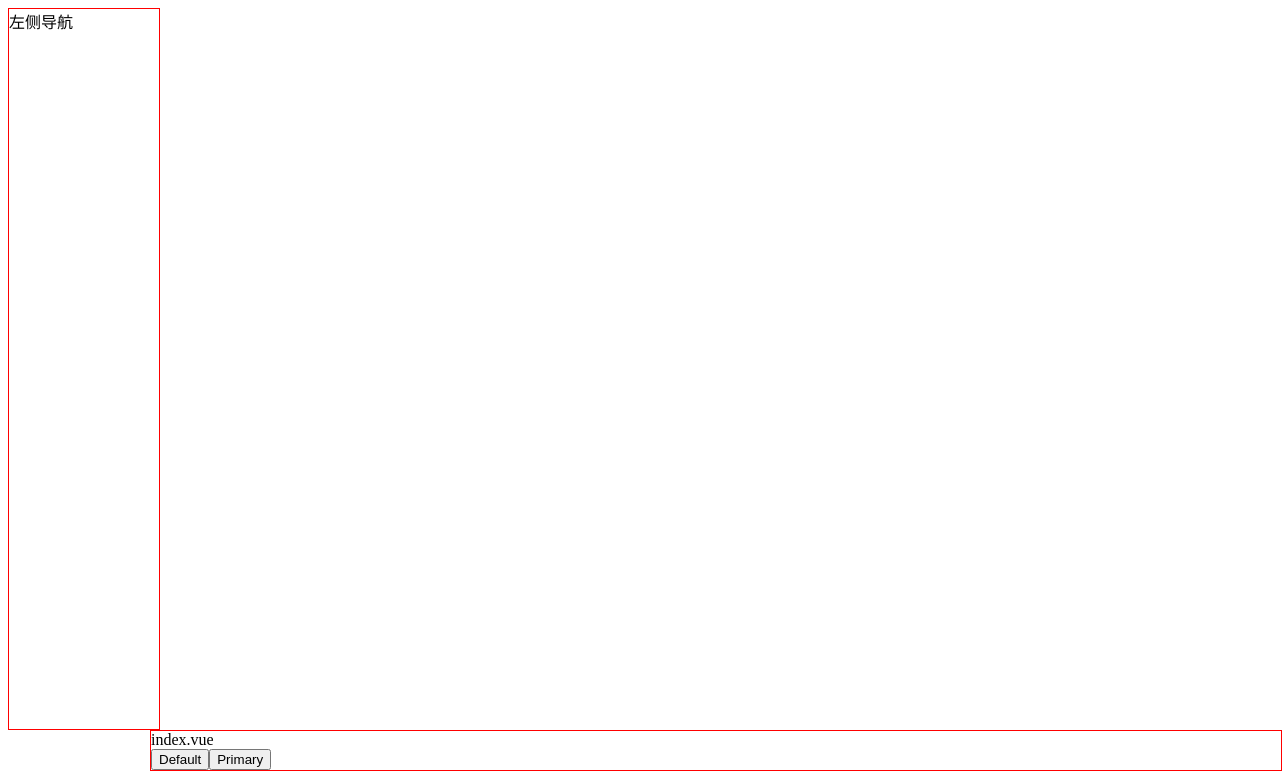
Repository: hanjinning/basicVueProject
Page: /
The author's editor kept a copy of each file at every save. The page is drawn from the files as they stood at one save, then again after the next save.
The browser window is 1280 px wide. The page is 1282 px wide, then 1280 px, so the pictures cover 1282 px, including what lies to the right of the window. The pictures show the whole page.
The page's requests for data from a server got no answer. The project was rebuilt for these pictures with package versions that can differ from the ones it lists, and the page was loaded fresh each time. No one was signed in, and anything a server would have sent is missing. Also part of the build but not shown: vue.config.js, src/components/HelloWorld.vue, src/views/Home.vue.

Above is the page before, as saved 2021-03-18 10:53:03.

After the next save:
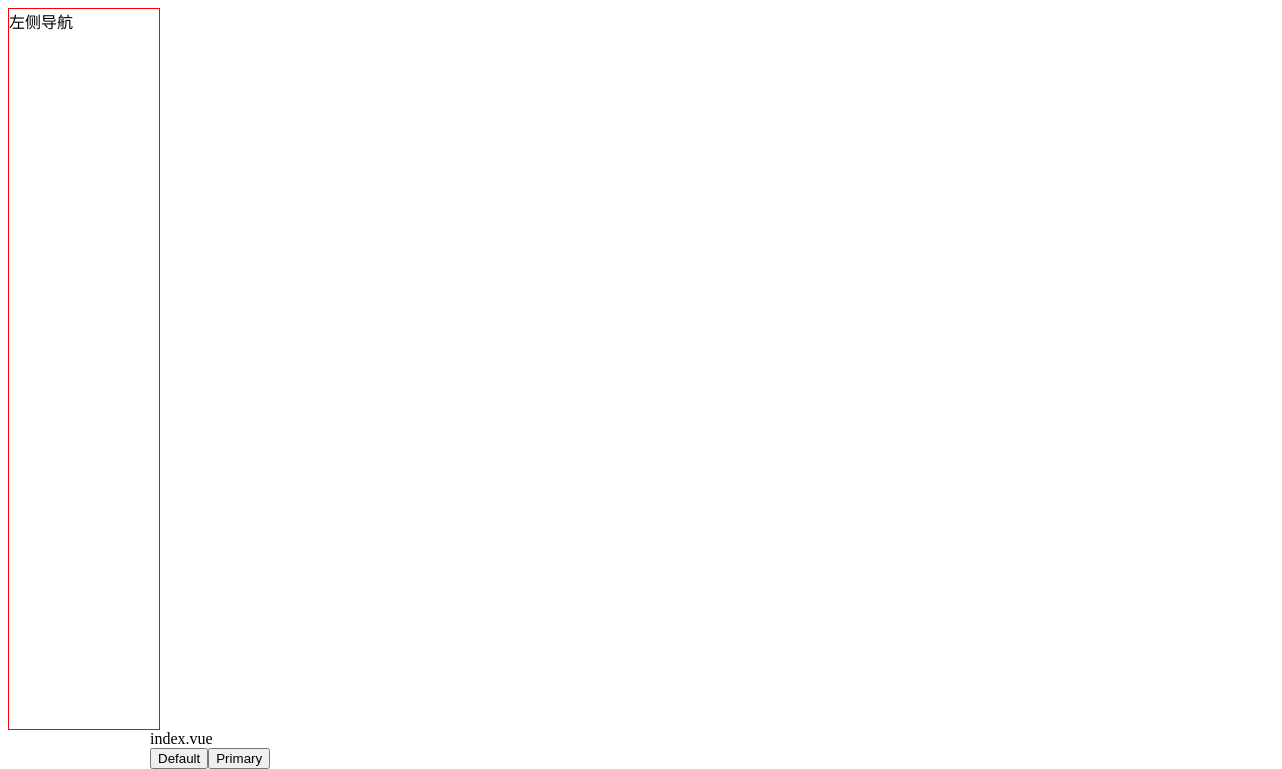
Saved 15 s later.
--- a/src/views/index.vue
+++ b/src/views/index.vue
@@ -9,7 +9,7 @@
 <style lang="scss" scoped>
 #index{
     width: calc(100% - 150px);
-    border: 1px solid red;
+    // border: 1px solid red;
     position: absolute;
     left: 150px;
 }
